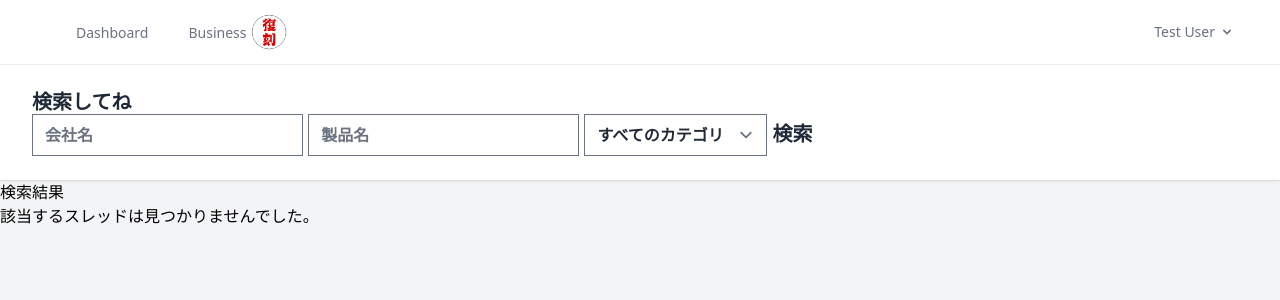
Repository: kyoko-shiraishi/Reproduce
Page: http://localhost/search
An editor plug-in stored every save of this project. The page is shown before and after the next save, followed by the edit.
The browser window is 1280 px wide. The pictures show the whole page.
Some web libraries are served in a nearby version. The page is served by the project's Laravel application, run on PHP 8.4 with Laravel 12. A made-up administrator, Test User (test@example.com), is signed in. Style sheets and scripts are compiled from the project's sources, by tool versions that may differ from the author's. Queries for data that is not in the repository find no rows.

Above is the page before, as saved 2024-10-24 20:08:15.

After the next save:
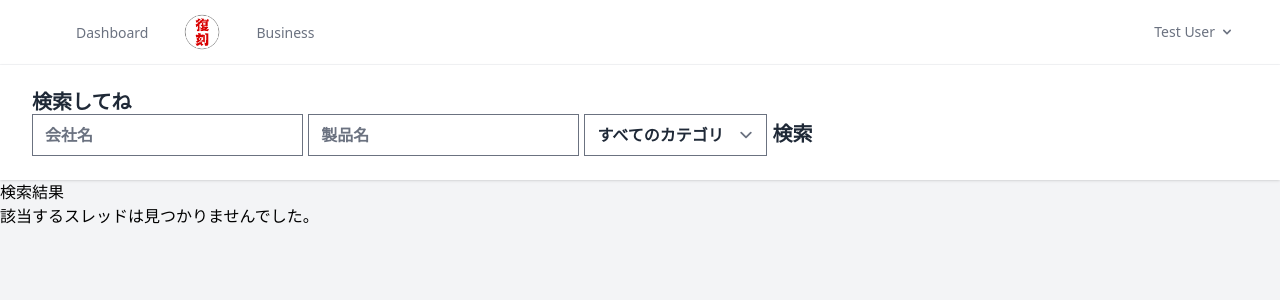
Saved 20 s later.
--- a/resources/views/layouts/navigation.blade.php
+++ b/resources/views/layouts/navigation.blade.php
@@ -8,18 +8,18 @@
                     <x-nav-link :href="route('dashboard')" :active="request()->routeIs('dashboard')">
                         {{ __('Dashboard') }}
                     </x-nav-link>
-
+                     <!-- Logo -->
+                <div class="shrink-0 flex items-center">
+                    <a href="{{ route('home') }}">
+                        <img src="{{ asset('images/logo2.png') }}" class="block h-9 w-auto" alt="Logo">
+                    </a>
+                </div>
                     <x-nav-link :href="route('business')" :active="request()->routeIs('index')">
                         {{ __('Business') }}
                     </x-nav-link>
                 </div>
 
-                <!-- Logo -->
-                <div class="shrink-0 flex items-center">
-                    <a href="{{ route('home') }}">
-                        <img src="{{ asset('images/logo2.png') }}" class="block h-9 w-auto" alt="Logo">
-                    </a>
-                </div>
+
             </div>
 
 
